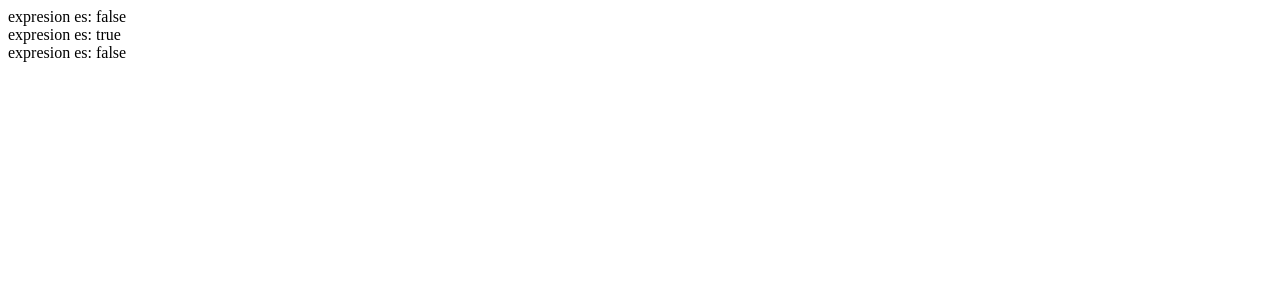
Repository: weertop/2DAW
Page: http://localhost/t0curso/ejeMasEjer5.jsp
The author's editor kept a copy of each file at every save. The page is drawn from the files as they stood at one save, then again after the next save.
The browser window is 1280 px wide. The pictures show the whole page.
The page is served by Tomcat 9.

Above is the page before, as saved 2019-09-26 11:06:34.

After the next save:
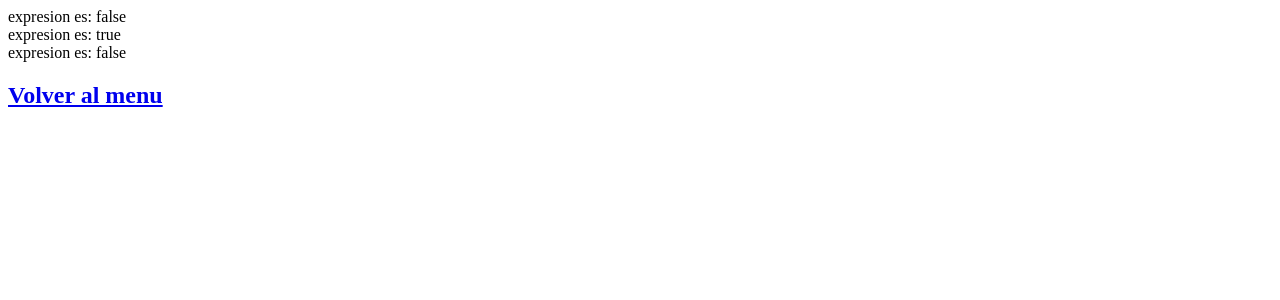
Saved 2 s later.
--- a/DWServidor/eclipse-workspace-photom/t0curso/WebContent/ejeMasEjer5.jsp
+++ b/DWServidor/eclipse-workspace-photom/t0curso/WebContent/ejeMasEjer5.jsp
@@ -41,5 +41,7 @@
 	<p>
 		<%if((a==b) && (c>b)); %>
 	</p>
+
+	<h2><a href="index.html">Volver al menu</a></h2>
 </body>
 </html>
